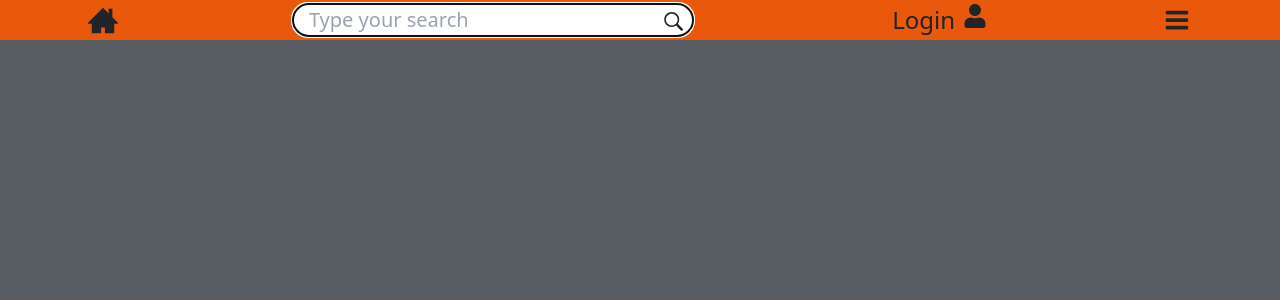
Repository: ShindanoSingi/bembe-tube
Page: /homePage
An editor plug-in stored every save of this project. The page is shown before and after the next save, followed by the edit.
The browser window is 1280 px wide. The pictures show the whole page.
The page's requests for data from a server got no answer. Some web libraries are served in a nearby version. The project was rebuilt for these pictures with package versions that can differ from the ones it lists, and the page was loaded fresh each time. No one was signed in, and anything a server would have sent is missing. Also part of the build but not shown: src/Components/WelcomePage.css, src/Components/WelcomePage.js, src/Components/VideoIframe.css, src/Components/VideoIframe.js, src/Components/Wait.js, src/Components/VideoCardsPlayer.css, src/Components/VideoCardsPlayer.js, src/Components/Nav.css and 15 more.

Above is the page before, as saved 2022-10-06 00:29:20.

After the next save:
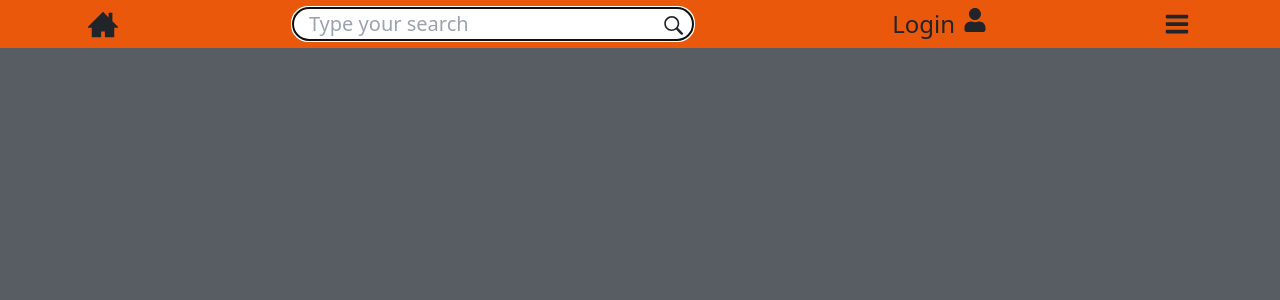
Saved 12 s later.
--- a/src/Components/Nav.js
+++ b/src/Components/Nav.js
@@ -17,7 +17,7 @@ const Nav = ({
 }) => { // console.log(forwardedRef)
 
      return (
-          <div className="flex items-center justify-around w-screen py-1 bg-orange-600 md:py-4">
+          <div className="flex items-center justify-around w-screen py-2 bg-orange-600  md:py-4">
                <HomeHistoryPlaylistIcons/> {/* <Link to="/about">
         <button
           className="text-md md:text-2xl"
